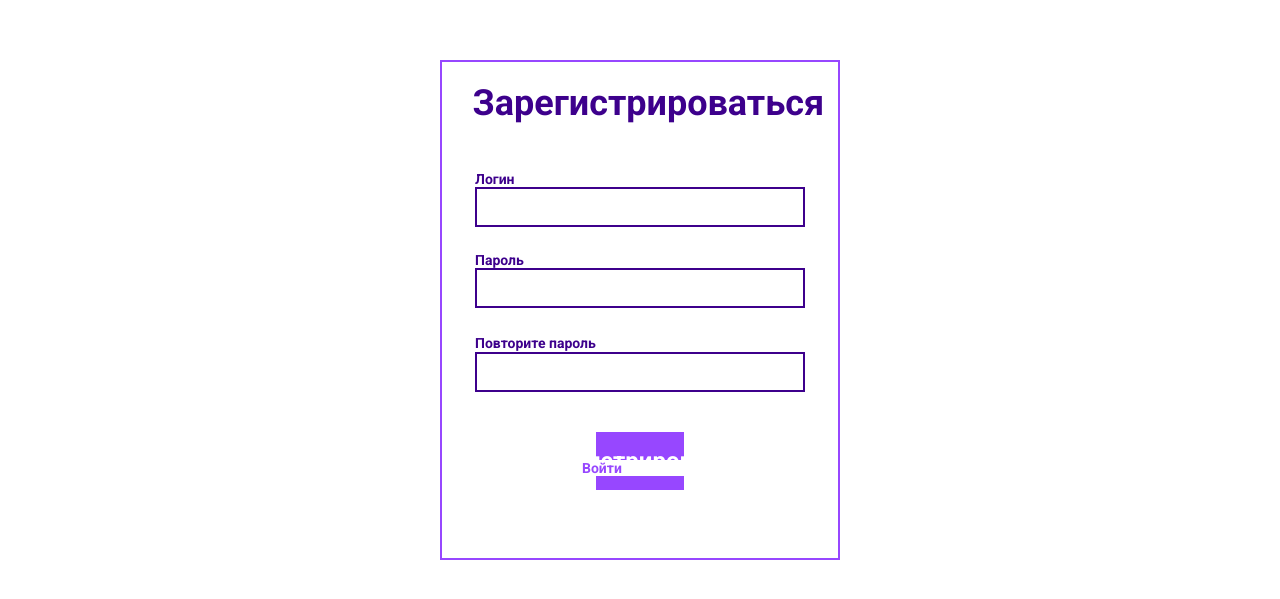
Repository: TimurZinatulin/Web_Shishki_1
Page: /edit
These files come from the project's save history. The page is drawn as it stood at one moment and after the next save; the edit follows.
The browser window is 1280 px wide. The pictures show the whole page.
The project was rebuilt for these pictures with package versions that can differ from the ones it lists, and the page was loaded fresh each time. Also part of the build but not shown: vite.config.js, vue.config.js, src/views/LoginView.vue, src/components/HelloWorld.vue, src/views/MainView.vue, src/views/HomeView.vue, src/views/EditView.vue, src/views/FavoriteView.vue and 3 more.

Above is the page before, as saved 2023-06-10 23:07:46.
Console error: TypeError: Cannot read properties of null (reading 'user')

### src/main.js
import { createApp } from 'vue'
//import './style.css'
import App from './App.vue'
import router from './router'
import store from './store.js'

createApp(App).use(store).use(router).mount('#app')

### src/App.vue
<template>
  <!-- Проверка доступности пользователя в хранилище; при недоступности - показываем компонент авторизации-->
  <Auth v-if="!store.state.user" />
  <!-- Если пользователь доступен, показываем компонент Hello World -->
  <EmptyLayout v-else msg="Hello Vue 3 + Vite" />
</template>

<script>
import Auth from './components/Auth.vue';
import HelloWorld from './components/HelloWorld.vue';
import HeaderComp from './components/HeaderComp.vue';
import EmptyLayout from './layouts/EmptyLayout.vue';
import MainLayout from './layouts/MainLayout.vue';
import ExtraLayout from './layouts/ExtraLayout.vue';
import RegisterView from './views/RegisterView.vue';

import store from "./store.js";
import { supabase } from "./supabase";

export default {
  computed: {
    layout() {
      return this.$route.meta.layout + '-layout';
    }
  },
  components: {
    HelloWorld, Auth, HeaderComp, EmptyLayout, MainLayout, ExtraLayout, RegisterView
  },
  setup() {
    // сначала проверяем, вошел ли пользователь в систему с помощью Supabase
    store.state.user = supabase.auth.user;
    // затем настраиваем слушатель для обновления хранилища, если меняется пользователь - выходит из системы или входит
    supabase.auth.onAuthStateChange((event, session) => {
      if (event == "SIGNED_OUT") {
        store.state.user = null;
      } else {
        store.state.user = session.user;
      }
    });

    return {
      store,
    };
  },
};
</script>

<style>
/* @import '@/templates/main_page.css'; */
</style>

### src/router/index.js
import { createRouter, createWebHistory } from 'vue-router'
import HomeView from '../views/HomeView.vue'
import MainView from '../views/MainView.vue'
import EditView from '../views/EditView.vue'
import FavoriteView from '../views/FavoriteView.vue'
import MyProjectsView from '../views/MyProjectsView.vue'
import LoginView from '../views/LoginView.vue'
import RegisterView from '../views/RegisterView.vue'
import CreateProjectView from '../views/CreateProjectView.vue'
import ProjectView from '../views/ProjectView.vue'


const routes = [
  {
    path: '/',
    name: 'home',
    component: HomeView
  },
  {
    path: '/main',
    name: 'main',
    meta: {layout: 'main'},
    component: MainView
  },
  {
    path: '/edit',
    name: 'edit',
    meta: {layout: 'extra'},
    component: EditView
  },
  {
    path: '/favs',
    name: 'favs',
    meta: {layout: 'extra'},
    component: FavoriteView
  },
  {
    path: '/my_projects',
    name: 'my',
    meta: {layout: 'extra'},
    component: MyProjectsView
  },
  {
    path: '/login',
    name: 'login',
    meta: {layout: 'empty'},
    component: LoginView
  },
  {
    path: '/register',
    name: 'register',
    meta: {layout: 'empty'},
    component: RegisterView
  },
  {
    path: '/create_project',
    name: 'create_project',
    meta: {layout: 'extra'},
    component: CreateProjectView
  },
  {
    path: '/project',
    name: 'project',
    meta: {layout: 'extra'},
    component: ProjectView
  },
  {
    path: '/profile',
    name: 'profile',
    meta: {layout: 'extra'},
    component: () => import('../views/ProfileView.vue')
  }
]

const router = createRouter({
  history: createWebHistory(import.meta.env.BASE_URL),
  routes
})

export default router

### src/store.js
import { reactive } from "vue";

const store = {
    state: reactive({
        user: {},
    }),
};

export default store

### src/components/Auth.vue
<template>
    <div>
        <register-view v-if="isSignUp" />
        <login-view v-else />
        <button id="reg_btn" @click="isSignUp = !isSignUp">
            {{
                isSignUp
                ? "Войти"
                : "Зарегистрироваться"
            }}
        </button>
    </div>
</template>

<script>
import { ref } from "vue";
import RegisterView from "../views/RegisterView.vue";
import LoginView from "../views/LoginView.vue";

export default {
    components: { RegisterView, LoginView },
    setup() {
        const isSignUp = ref(true);
        return {
            isSignUp,
        };
    },
};
</script>

<style scoped>
</style>

### src/components/HeaderComp.vue
<template>
    <div id="header" class="wrapper">
        <div id="head-cont">
            <li><router-link to="/main" style="position: relative; left: -280px;" href="http://localhost:5173/main"><img id="logo" src="../assets/ShishkiD.png" style="width: 70px; height: 70px;"></router-link></li>
            <input class="input" type="text" placeholder="Найти...">
            <ul style="left: 400px;">
                <li><router-link to="/favs" class="btn2">Избранное</router-link></li>
                <li><router-link to="/my_projects" class="btn2">Мои проекты</router-link></li>
                <li><router-link to="/edit" class="btn2">Редактировать профиль</router-link></li>
                <li><router-link to="/create_project" class="btn2">Новый проект</router-link></li>
                <li><button @click="signOut" class="btn2">Выйти</button></li>
            </ul>
        </div>
    </div>
</template>

<script setup>
import { ref } from "vue";
import { supabase } from "../supabase";

defineProps({
  msg: String,
});

async function signOut() {
  const { error } = await supabase.auth.signOut();
}
</script>

<style>
@import url('https://fonts.googleapis.com/css2?family=Roboto:wght@700&display=swap');
</style>

### src/layouts/EmptyLayout.vue
<template>
    <!-- <div id="header" class="wrapper">
        <div id="head-cont">
            <a style="position: relative; left: -280px;" href="http://localhost:8080/main"><img id="logo" src="../assets/ShishkiD.png" style="width: 70px; height: 70px;"></a>
            <input class="input" type="text" placeholder="Найти...">
            <ul>
                <li><router-link to="/favs" class="btn2">Избранное</router-link></li>
                <li><router-link to="/create_project" class="btn2">Новый проект</router-link></li>
                <li><router-link to="/login" class="link">Войти</router-link></li>
            </ul>
        </div>
    </div> -->
    <HeaderComp />
    <RouterView />
</template>

<script>
import HeaderComp from '@/components/HeaderComp.vue'

export default {
    components: {
        HeaderComp
    }
}
</script>

<style>
@import '@/templates/login.css';
@import '@/templates/main_page.css';
@import '@/templates/reg.css';
</style>

### src/layouts/MainLayout.vue
<template>
    <div id="app1">
        <HeaderComp />
        <div id="article">
            <h1 id="h1">Digital<br>
            portfolio</h1><br>
            <p>Уникальный сервис для<br>размещения своих проектов и<br>наработок</p><br>
            <a href="http://localhost:8080/create_project" class="btn">Создать проект</a>
            <button @click="signOut">Sign Out</button>
            <img id="logo2" src="../assets/chelik.png">
            <h2 id="h2">Популярные проекты</h2>
        </div>
        <div id="projects" style="left: -10px;">
        </div>
    </div>
</template>

<script>
import HeaderComp from '@/components/HeaderComp.vue'
import MainView from '@/views/MainView.vue'


export default {
    components: {
        HeaderComp, MainView
    }
}
</script>

<style>
@import '@/templates/login.css';
@import '@/templates/main_page.css';
@import '@/templates/reg.css';
</style>

### src/layouts/ExtraLayout.vue
<template>
    <HeaderComp />
</template>

<script>
import HeaderComp from '@/components/HeaderComp.vue'

export default {
    components: {
        HeaderComp,
    }
}
</script>

<style>
@import '@/templates/login.css';
@import '@/templates/main_page.css';
@import '@/templates/reg.css';
</style>

### src/views/RegisterView.vue
<template>
    <div id="log_card">
        <h1 id="log_name" style="position: relative; top: -30px; left: -10px;">Зарегистрироваться</h1>
        <form @submit.prevent="handleSignup">
            <p class="p">Логин</p>
            <input class="input1" style="top: -75px;" type="email" v-model="email">
            <p class="p">Пароль</p>
            <input class="input1" style="top: -75px;" type="password" v-model="password">
            <p class="p" style="display:inline; position:relative; left: 0px;">Повторите пароль</p>
            <input class="input1" style="top: -70px;" type="password" v-model="password">
            <button type="submit" id="log_btn">Зарегистрироваться</button>
        </form>
    </div>
</template>

<script>
import { ref } from "vue";
import { supabase } from "../supabase";

export default {
    setup() {
        const email = ref("");
        const password = ref("");

        const handleSignup = async () => {
            try {
                // Задействуем предоставленный Supabase метод для обработки регистрации
                const { error } = await supabase.auth.signUp({
                    email: email.value,
                    password: password.value,
                });
                if (error) throw error;
            } catch (error) {
                alert(error.error_description || error.message);
            }
        };

        return {
            email,
            password,
            handleSignup,
        };
    },
};
</script>

### src/templates/login.css
#log_card{
    box-sizing: border-box;
    display: flex;
    flex-direction: column;
    justify-content: space-between;
    align-items: center;
    padding: 50px 10px;
    gap: 50px;
    width: 400px;
    height: 500px;
    border: 2px solid #9747FF;
    flex: none;
    order: 1;
    flex-grow: 0;
    position: relative;
    top: 60px;
}

#log_name{
    width: 315px;
    height: 49px;
    font-family: 'Roboto';
    font-style: normal;
    font-weight: 600;
    font-size: 36px;
    line-height: 42px;
    text-align: center;
    color: #3D008C;
    flex: none;
    order: 0;
    flex-grow: 0;
}

#log_btn{
    display: flex;
    flex-direction: row;
    justify-content: center;
    align-items: center;
    padding: 10px;
    width: 88px;
    height: 58px;
    background: #9747FF;
    flex: none;
    order: 0;
    flex-grow: 0;
    border: none;
    color: white;
    position: relative;
    bottom: 50px;
    border: 2px solid #9747FF;
    animation: ch-color-1 0.5s forwards;
    font-size: 24px;
}

#log_btn:hover{
    animation: ch-color-2 0.5s forwards;
}

@keyframes ch-color-1 {
    from {
      background-color: white;
      color: #9747FF;
    }
    to {
      background-color: #9747FF;
      color: white;
    }
  }

  @keyframes ch-color-2 {
    from {
      background-color: #9747FF;
      color: white;
    }
    to {
      background-color: white;
      color: #9747FF;
    }
  }

#reg_btn{
    width: 136px;
    height: 16px;
    font-family: 'Roboto';
    font-style: normal;
    font-weight: 400;
    font-size: 14px;
    line-height: 16px;
    display: flex;
    align-items: center;
    text-align: center;
    color: #9747FF;
    flex: none;
    order: 0;
    flex-grow: 0;
    position: relative;
    left: 10px;
    top: -40px;
    border: none;
    background-color: white;
    text-align: center;
}

.p{
    width: 40px;
    height: 16px;
    font-family: 'Roboto';
    font-style: normal;
    font-weight: 600;
    font-size: 14px;
    line-height: 16px;
    display: flex;
    align-items: center;
    color: #3D008C;
    flex: none;
    order: 0;
    flex-grow: 0;
    position: relative;
    top: -70px;
    left: -145px;
    margin-bottom: 5px;
}

### src/templates/main_page.css
* {
  margin: 0 auto;
  padding: 0;
  box-sizing: border-box;
  font-size: 16px;
  font-family: 'Roboto', sans-serif;
  user-select: none;
}

#head-cont{
  max-width: 900px;
  width: 100%;
}

#article{
  width: 1500px;
  position: relative;
}

#header{
  width: 100%;
  height: 80px;
  margin: 0 auto;
  background-color: rgba(151, 71, 255, 1);
  margin-bottom: 15px;
  overflow: hidden;
}

.input{
  width: 500px;
  height: 50px;
  padding: 6px 0 4px 10px;
  border: none;
  background: rgba(206, 168, 255, 1);
  bottom: 20px;
  left: -325px;
  position: relative;
  font-size: 25px;
  padding-left: 25px;
  outline: none;
}

.input::-webkit-input-placeholder {
  color: white;
}

.input::-moz-placeholder {
  color: white;
}

.input1{
  box-sizing: border-box;
  display: flex;
  flex-direction: row;
  align-items: center;
  padding: 11px 10px;
  gap: 10px;
  width: 330px;
  height: 40px;
  border: 2px solid #3D008C;
  flex: none;
  order: 1;
  align-self: stretch;
  flex-grow: 0;
  position: relative;
  top: -20px;
  margin-bottom: 20px;
  outline: none;
}

#logo{
  position: relative;
  top: 5px;
}

#logo2{
  position: relative;
  width: 800px;
  height: 670px;
  left: 385px;
  bottom: 340px;
}

ul {
  list-style: none;
  margin: 0;
  padding-left: 0;
  position: relative;
  left: 710px;
  top: -55px;
}

a {
  text-decoration: none;
  color: white;
}

.link1 {
  display: flex;
  flex-direction: row;
  justify-content: center;
  align-items: center;
  padding: 10px;
  background: #9747FF;
  flex: none;
  order: 0;
  flex-grow: 0;
  left: -275px;
  top: 220px;
  font-family: 'Roboto';
  font-style: normal;
  font-weight: 400;
  font-size: 16px;
}

.link1:hover{
  animation: ch-color-2 0.5s forwards;
}

.link {
  background: none;
  border: 2px solid white;
  color: white;
  padding: 15px 25px;
  animation: ch-color-1 0.5s forwards;
}

.link:hover{
  animation: ch-color-2 0.5s forwards;
}

@keyframes ch-color-1 {
  from {
    background-color: white;
    color: rgba(151, 71, 255, 1);
  }
  to {
    background-color: rgba(151, 71, 255, 1);
    color: white;
  }
}

@keyframes ch-color-2 {
  from {
    background-color: rgba(151, 71, 255, 1);
    color: white;
  }
  to {
    background-color: white;
    color: rgba(151, 71, 255, 1);
  }
}

li {
  display: inline;
  margin-right: 60px;
}

#h1 {
  font-size: 90px;
  position: relative;
  top: 100px;
  left: -450px;
  color: rgba(61, 0, 140, 1);
  width: 500px;
}

p{
  position: relative;
  color: rgba(61, 0, 140, 1);
  left: -445px;
  top: 100px;
  font-size: 32px;
  font-family: 'Roboto';
  font-style: normal;
  font-weight: 500;
  line-height: 38px;
  width: 500px;
}

.btn{
  position: relative;
  bottom: 500px;
  left: 55px;
  background: linear-gradient(rgba(255, 104, 86, 1), rgba(151, 71, 255, 1));
  color: white;
  font-size: 32px;
  font-style: normal;
  font-weight: 700;
  border: 3px solid linear-gradient(rgba(255, 104, 86, 1), rgba(151, 71, 255, 1));
  width: 315px;
  height: 90px;
  padding: 26px 37px;
}

#h2{
  position: absolute;
  top: 740px;
  left: 510px;
  color: rgba(61, 0, 140, 1);
  font-size: 48px;
}

#projects{
  justify-content: center;
  align-items: center;
  align-self: center;
  padding: 30px 90px;
  position: absolute;
  width: 1529px;
  height: 100%;
  background: linear-gradient(180deg, #3D008C 0%, #14002F 100%);
  flex: none;
  order: 3;
  flex-grow: 0;
  margin-top: -200px;
}

#content{
  display: flex;
  flex-direction: row;
  justify-content: center;
  align-items: center;
  padding: 30px 90px;
  gap: 90px;
  width: 1420px;
  height: 240px;
  flex: none;
  order: 0;
  flex-grow: 0;
}

.block{
  display: flex;
  flex-direction: column;
  align-items: center;
  padding: 10px;
  gap: 10px;
  position: absolute;
  width: 359px;
  height: 470px;
  background: linear-gradient(148.66deg, #FF6856 0%, #6F00FF 100%);
  border-radius: 30px;
  top: 70px;
}

.pic{
  position: relative;
  top: 20px;
  width: 340px;
  height: 310px;
  border-radius: 20px;
}

h3{
  color: white;
  font-size: 32px;
  position: relative;
  top: 10px;
}

.text{
  color: white;
  position: relative;
  top: 20px;
  text-align: center;
}

.like{
  display: flex;
  flex-direction: row;
  justify-content: center;
  align-items: center;
  padding: 10px 15px;
  gap: 10px;
  position: absolute;
  width: 117px;
  height: 38px;
  left: 20.5px;
  top: 100px;
  background: #FF6856;
  border-radius: 30px;
  color: white;
  overflow-y: hidden;
}

.pic2{
  width: 22px;
  height: 22px;
  transform: matrix(-1, 0, 0, 1, 0, 0);
  flex: none;
  order: 0;
  flex-grow: 0;
}

textarea{
  box-sizing: border-box;
  display: flex;
  width: 330px;
  height: 100px;
  gap: 10px;
  border: 2px solid #3D008C;
  flex: none;
  order: 1;
  flex-grow: 0;
  position: relative;
  top: 100px;
  resize: none;
}

#photo{
  width: 100px;
  height: 100px;
  border: 3px solid #3D008C;
  flex: none;
  order: 0;
  flex-grow: 0;
  border-radius: 100%;
  position: relative;
}

#photo1{
  width: 340px;
  height: 340px;
  border: 3px solid #9747FF;
  border-radius: 30px;
  flex: none;
  order: 0;
  flex-grow: 0;
}

#chphoto{
  display: flex;
  flex-direction: row;
  justify-content: center;
  align-items: center;
  padding: 10px 0px;
  gap: 26px;
  width: 331px;
  height: 120px;
  flex: none;
  order: 1;
  flex-grow: 0;
  position: relative;
  top: -535px;
}

#p{
  font-family: 'Roboto';
  font-style: normal;
  font-weight: 600;
  font-size: 14px;
  line-height: 16px;
  display: flex;
  align-items: center;
  color: #FFFFFF;
  position: relative;
  top: -50px;
  left: 135px;
}

#p1{
  font-family: 'Roboto';
  font-style: normal;
  font-weight: 600;
  font-size: 14px;
  line-height: 16px;
  display: flex;
  align-items: center;
  color: #FFFFFF;
  position: relative;
  top: -100px;
  left: 135px;
}

#p2{
  font-family: 'Roboto';
  font-style: normal;
  font-weight: 600;
  font-size: 16px;
  line-height: 19px;
  text-align: center;
  color: #FFFFFF;
  position: relative;
  top: 200px;
}

.btn2{
  padding: 20px 10px;
}

.btn2:hover{
  animation: ch-color-2 0.5s forwards;
}

### src/templates/reg.css
form{
    position: relative;
    top: 30px;
}

Loaded but not shown: index.html (common file); src/supabase.js (common file)

After the next save:
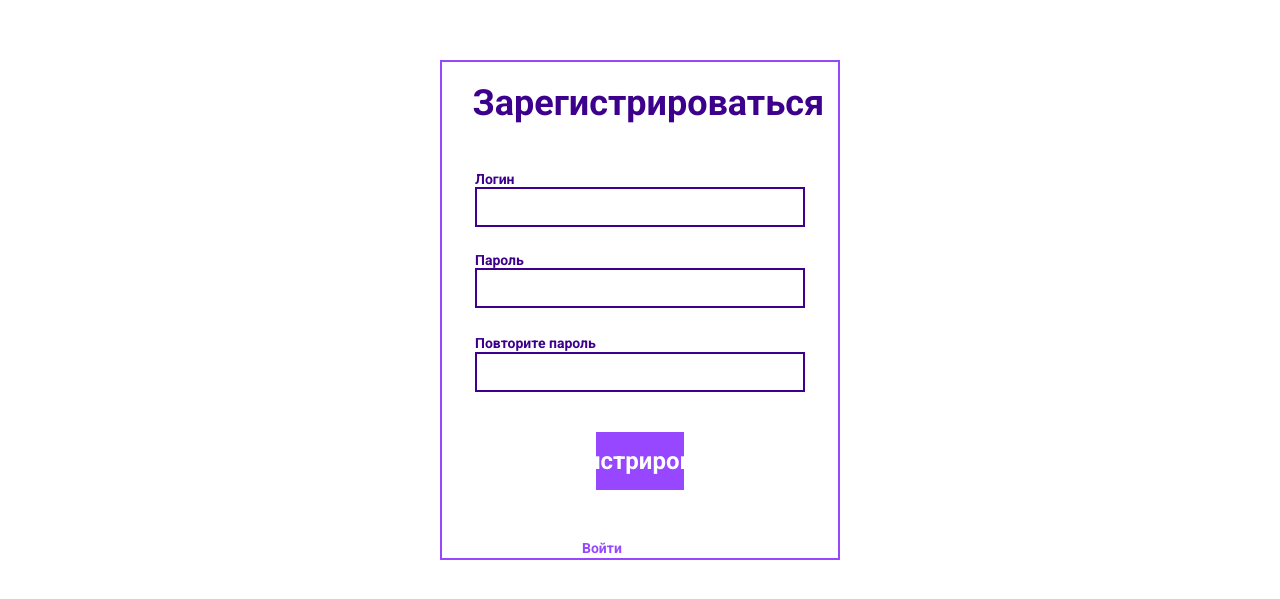
Saved 21 s later.
--- a/src/templates/login.css
+++ b/src/templates/login.css
@@ -95,7 +95,7 @@
     flex-grow: 0;
     position: relative;
     left: 10px;
-    top: -40px;
+    top: 40px;
     border: none;
     background-color: white;
     text-align: center;
